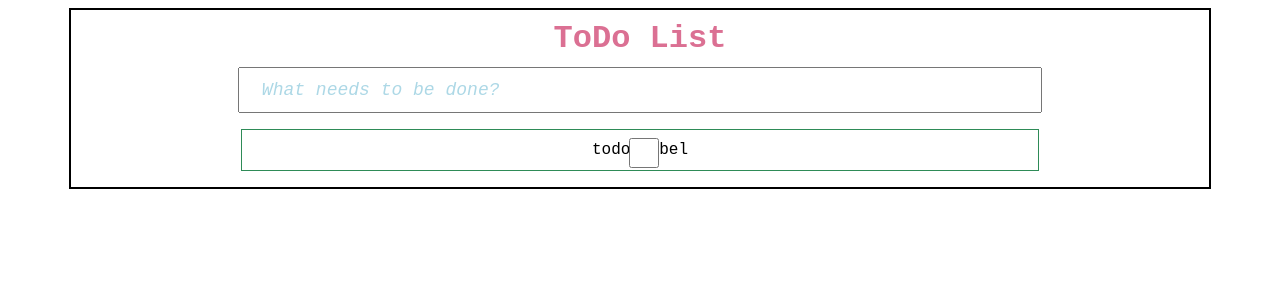
Repository: litalsh/To-Do-List
Page: index.html
These files come from the project's save history. The page is drawn as it stood at one moment and after the next save; the edit follows.
The browser window is 1280 px wide. The pictures show the whole page.

Above is the page before, as saved 2019-10-24 17:53:28.

After the next save:
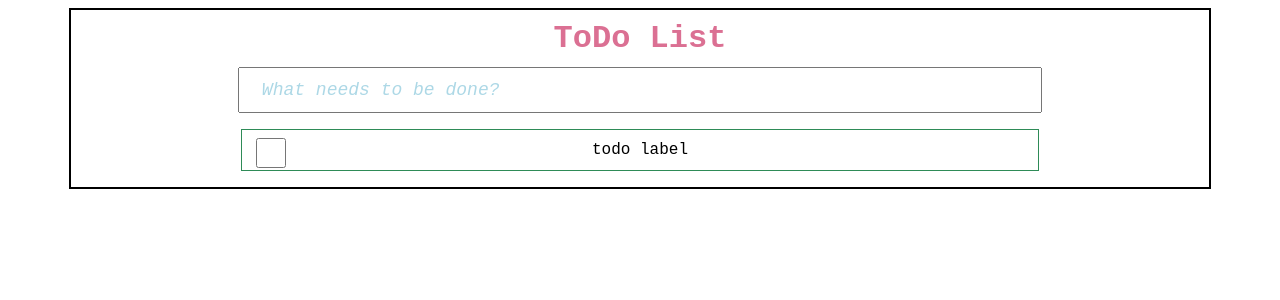
Saved 23 s later.
--- a/style.css
+++ b/style.css
@@ -50,7 +50,7 @@ body{
       height: 30px;
       position: absolute;
       top: 50%;
-      left: 50%;
-      transform: translate(-50%, -50%);
+      left: 10px;;
+      transform: translateY(-50%);
 
   }
